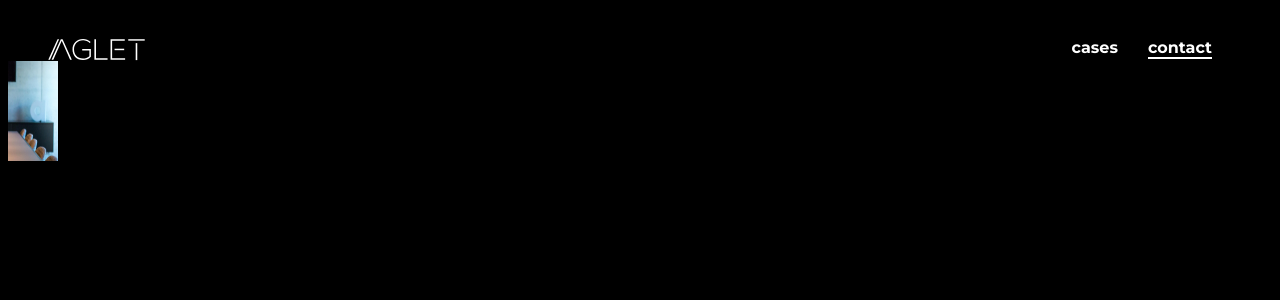
Repository: SamoraMabuya/Aglet
Page: contact.html
An editor plug-in stored every save of this project. The page is shown before and after the next save, followed by the edit.
The browser window is 1280 px wide. The pictures show the whole page.
The style sheet was rebuilt from its Sass, Less or Tailwind sources for each picture, by a compiler version that may differ from the author's.

Above is the page before, as saved 2020-11-16 14:16:57.

### contact.html
<!DOCTYPE html>
<html lang="en">

<head>
    <meta charset="UTF-8">
    <meta name="viewport" content="width=device-width, initial-scale=1.0">
    <title>Document</title>
    <link rel="stylesheet" href="style.css" />


</head>

<body>

    <nav class="navbar">
        <img class="logo" src="aglet_logo.svg">
        <div class="collapse" id="navbarNav">
            <ul class="nav-links">
                <div class="close">
                    <i class="fas fa-times"></i>
                </div>
                <li class="nav-item">
                    <a class="nav-link" href="index.html"><span>cases</span></a>
                </li>
                <li class="nav-item">
                    <a class="nav-link  active" href="contact.html"><span>contact</span></a>
                </li>
            </ul>
            <div class="icon">
                <i class="fas fa-bars"></i>
            </div>
        </div>
    </nav>
    <div class="image">
        <img src="images/contact-image.jpg">
    </div>

</body>

</html>

### style.scss
$black: black;
$fontcolor: white;
$none: none;
$flex: flex;
$marginB100: 100px;
$marginT100: 100px;
$hidden: hidden;
$auto: auto;
@import url('https://fonts.googleapis.com/css2?family=Montserrat:ital,wght@0,100;0,200;0,300;0,400;0,500;0,600;0,700;1,100;1,200;1,300;1,400;1,500;1,600&display=swap');
body,
html {
    background-color: $black;
    overflow: $hidden;
}

* {
    box-sizing: border-box;
}

.navbar {
    display: flex;
    margin: 30px 0px 0px 0px;
}

.nav-links {
    display: $flex;
    margin: 0px 0px 0px 0px;
    li {
        margin: 0px 30px 0px 0px;
        list-style: none;
        a {
            font-size: 16px;
            font-weight: 700;
            text-decoration: none;
            font-family: 'Montserrat', sans-serif;
            color: #ffff;
            position: relative;
        }
    }
}

.active {
    border-bottom: 2px solid #ffff;
}

.nav-link:not(.active):after {
    content: '';
    border-bottom: 2px solid #ffff;
    bottom: 0;
    left: 0;
    right: 100%;
    transition: all 500ms;
    position: absolute;
}

.nav-link:hover:after {
    right: 0;
}

.collapse {
    width: 100%;
    float: inline-end;
    display: $flex;
    justify-content: flex-end;
    text-align: right;
    margin: 0px 30px 0px 0px;
}

.logo {
    width: 97.3px;
    height: 23px;
    margin: 0px 0px 0px 40px;
}

.wrapper {
    overflow-x: scroll;
    margin-top: 70px;
}

.slides {
    width: 450%;
    height: $auto;
    overflow-x: $hidden;
    display: flex;
    margin-top: $marginT100;
    margin-bottom: $marginB100;
}

.box {
    float: left;
    width: 100%;
    z-index: 0;
    height: $auto;
    margin: 0;
}

.darken {
    opacity: 20%;
}

.previews {
    z-index: 2;
}

.box video {
    width: 100%;
    height: $auto;
    margin: 0;
    transform: translate3d(0, 0, 0);
    width: 100%;
}

video source {
    z-index: -2;
}

.videoTitle {
    color: $fontcolor;
    font-size: 18px;
    font-weight: bold;
    margin: 0px 0px 0px 15px;
    text-transform: capitalize;
}

.subtitle {
    font-size: 18px;
    margin: 0px 0px 0px 15px;
}

.wrapper::-webkit-scrollbar {
    height: 2px;
    margin-bottom: $marginB100;
    margin-top: $marginT100;
    transform: translateY(140px);
    position: absolute;
}

.wrapper::-webkit-scrollbar-track {
    background: rgb(122, 119, 115);
    margin-left: 500px;
    margin-right: 500px;
    width: 20px;
    transform: translateY(140px);
}

.wrapper::-webkit-scrollbar-thumb {
    background-color: rgb(248, 241, 241);
    border-radius: 20px;
}

@import "mobilerespond";
@import "contact";

### _mobilerespond.scss
    @media only screen and (max-width: 1028px) {
        body {
            overflow-y: scroll;
            height: 100vh;
            overflow-x: hidden;
        }
        a {
            color: yellow;
        }
        .wrapper {
            margin-top: -200px;
        }
        .slides {
            display: block;
            width: 100%;
            overflow: hidden;
        }
        .box {
            position: relative;
        }
        .videoTitle,
        .subtitle {
            text-transform: capitalize;
            color: #ffffff;
            width: 100%;
        }
        video {
            z-index: -2;
        }
        .videoTitle {
            font-size: 60px;
            bottom: 40%;
        }
        .subtitle {
            font-size: 35px;
            bottom: 35%;
        }
        .heading {
            width: 100%;
            height: 100%;
            position: absolute;
            bottom: -40%;
            left: 10%;
        }
        .logo {
            display: none;
        }
        .navbar {
            z-index: 3;
        }
        .icon {
            z-index: 3;
            color: #ffff;
            font-size: 25px;
            margin: 0px 30px 0px 0px;
            cursor: pointer;
        }
        .close {
            z-index: 3;
            font-size: 35px;
            // margin: 0px 30px 0px 0px;
            right: 0px;
            transform: translate(-40px, -320px);
            position: absolute;
        }
        .close i {
            color: black;
        }
        .nav-links {
            width: 75%;
            height: 100vh;
            z-index: 3;
            display: block;
            background-color: #fff;
            top: 0px;
            position: absolute;
            color: #0000;
            right: 0px;
            text-align: start;
            padding: 380px 0px 0px 70px;
            transition: all .5s;
            transform: translateX(100%);
        }
        .nav-item {
            z-index: 4;
            width: 100%;
            padding: 10px 0px 0px 0px;
            span {
                width: 100%;
                color: #000;
                font-size: 35px;
                font-weight: 800px;
            }
        }
        .reveal {
            transform: translate(0%, 0px), ;
        }
        .hide {
            transform: translate(100%, 0px), ;
        }
    }

### _contact.scss
$black: rgb(214, 38, 38);
$fontcolor: white;
$none: none;
$flex: flex;
$marginB100: 100px;
$marginT100: 100px;
$hidden: hidden;
$auto: auto;
.image img {
    width: 50px;
    height: 100px;
    body,
    html {
        background-color: $black;
        overflow: $hidden;
    }
    * {
        box-sizing: border-box;
    }
    .navbar {
        display: flex;
        margin: 30px 0px 0px 0px;
    }
    .nav-links {
        display: $flex;
        margin: 0px 0px 0px 0px;
        li {
            margin: 0px 30px 0px 0px;
            list-style: none;
            a {
                font-size: 16px;
                font-weight: 700;
                text-decoration: none;
                font-family: 'Montserrat', sans-serif;
                color: #ffff;
                position: relative;
            }
        }
    }
}

.active {
    border-bottom: 2px solid #ffff;
}

.nav-link:not(.active):after {
    content: '';
    border-bottom: 2px solid #ffff;
    bottom: 0;
    left: 0;
    right: 100%;
    transition: all 500ms;
    position: absolute;
}

.nav-link:hover:after {
    right: 0;
}

.collapse {
    width: 100%;
    float: inline-end;
    display: $flex;
    justify-content: flex-end;
    text-align: right;
    margin: 0px 30px 0px 0px;
}

.logo {
    width: 97.3px;
    height: 23px;
    margin: 0px 0px 0px 40px;
}

After the next save:
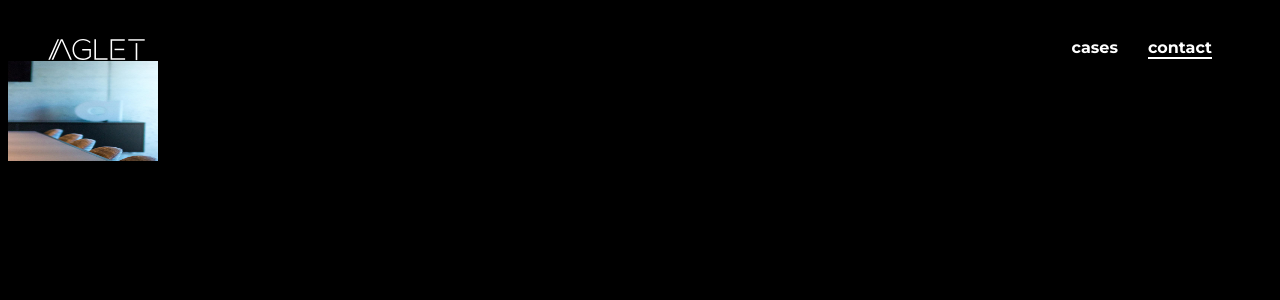
Saved 20 s later.
--- a/_contact.scss
+++ b/_contact.scss
@@ -1,4 +1,4 @@
-$black: rgb(214, 38, 38);
+$black: #0000;
 $fontcolor: white;
 $none: none;
 $flex: flex;
@@ -7,7 +7,7 @@ $marginT100: 100px;
 $hidden: hidden;
 $auto: auto;
 .image img {
-    width: 50px;
+    width: 150px;
     height: 100px;
     body,
     html {
@@ -71,3 +71,5 @@ $auto: auto;
     height: 23px;
     margin: 0px 0px 0px 40px;
 }
+
+.image img {}
